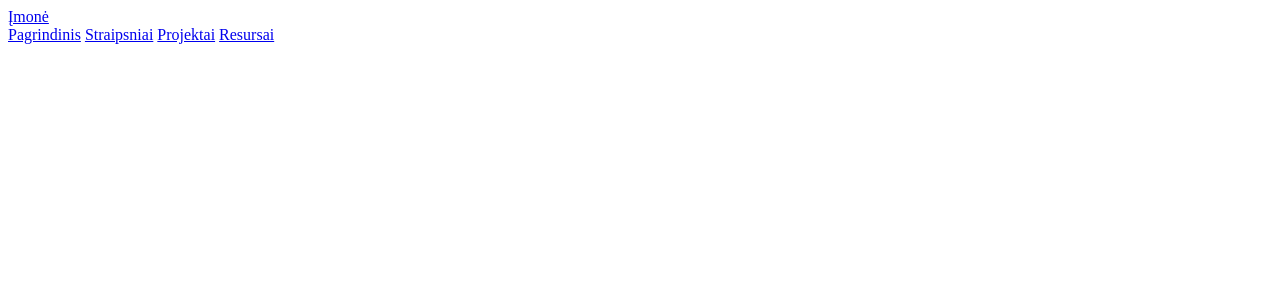
Repository: motiejus1/14-paskaita-05.31
Page: index.html
The author's editor kept a copy of each file at every save. The page is drawn from the files as they stood at one save, then again after the next save.
The browser window is 1280 px wide. The pictures show the whole page.

Above is the page before, as saved 2021-06-23 18:24:48.

### index.html
<!DOCTYPE html>
<html lang="en">
<head>
    <meta charset="UTF-8">
    <meta http-equiv="X-UA-Compatible" content="IE=edge">
    <meta name="viewport" content="width=device-width, initial-scale=1.0">
    <title>14 paskaita</title>
</head>
<body>
    <div class="container">
        <div class="navbar-component">
            <a href="#" class="brand">Įmonė</a>

            <nav id="navigation" class="list">
                <a href="#">Pagrindinis</a>
                <a href="#">Straipsniai</a>
                <a href="#">Projektai</a>
                <a href="#">Resursai</a>
            </nav>
        </div>
    </div>

</body>
</html>

After the next save:
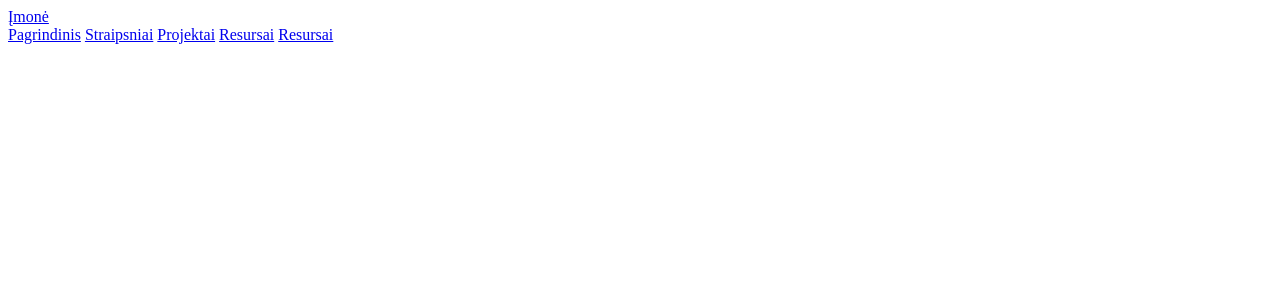
Saved 5 s later.
--- a/index.html
+++ b/index.html
@@ -16,6 +16,7 @@
                 <a href="#">Straipsniai</a>
                 <a href="#">Projektai</a>
                 <a href="#">Resursai</a>
+                <a href="#">Resursai</a>
             </nav>
         </div>
     </div>
